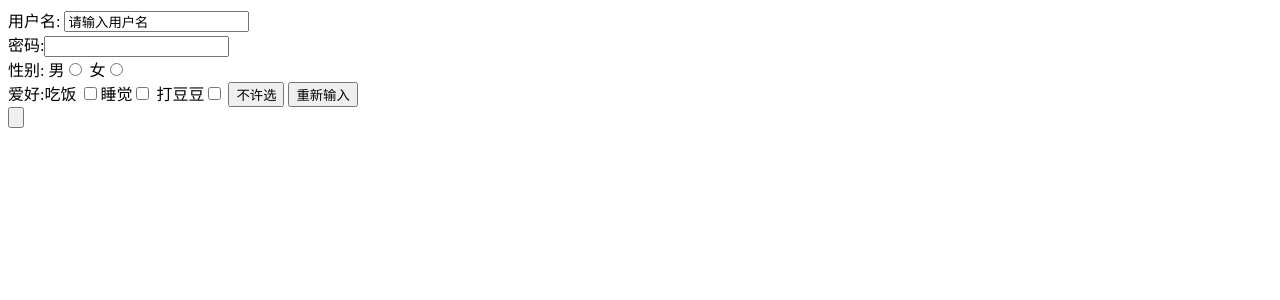
Repository: Qwenicq/My_project
Page: html/HTML_learning/4_list.html
An editor plug-in stored every save of this project. The page is shown before and after the next save, followed by the edit.
The browser window is 1280 px wide. The pictures show the whole page.

Above is the page before, as saved 2023-03-29 20:50:47.

### html/HTML_learning/4_list.html
<!DOCTYPE html>
<html lang="zh-CN">
<head>
    <meta charset="UTF-8">
    <meta http-equiv="X-UA-Compatible" content="IE=edge">
    <meta name="viewport" content="width=device-width, initial-scale=1.0">
    <title>Document</title>
</head>
<body>
    <form action="demo.php" method="post" name="name1">
        用户名: <input type="text" name="username" value="请输入用户名"><br>
        <!-- 我是文本框 -->
        密码:<input type="password" name="passward"><br>
        <!-- 我是密码框,用户看不到内容 -->
        <!-- 单选按钮需要有相同的名字才能使得多选一 -->
        性别: 男<input type="radio" name="sex" value="男"> 女<input type="radio" name="sex" value="女"><br>
        <!-- 我是单选按钮 -->
        爱好:吃饭 <input type="checkbox" name="hobby" value="吃饭">睡觉<input type="checkbox" name="hobby" value="睡觉"> 打豆豆<input type="checkbox" value="打豆豆">
        <!-- 我是复选框 -->
<!-- 单选按钮和复选框可以设置checked属性,当打开当前页面时就会勾选 -->
      <input type="submit" value="不许选">
      <input type="reset" value="重新输入"><br />
      <input type="button" >
    </form>
</body>
</html>

After the next save:
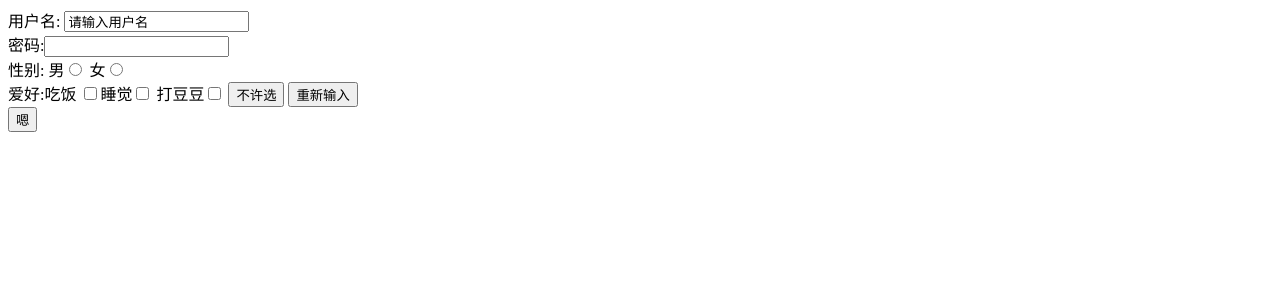
Saved 14 s later.
--- a/html/HTML_learning/4_list.html
+++ b/html/HTML_learning/4_list.html
@@ -20,7 +20,7 @@
 <!-- 单选按钮和复选框可以设置checked属性,当打开当前页面时就会勾选 -->
       <input type="submit" value="不许选">
       <input type="reset" value="重新输入"><br />
-      <input type="button" >
+      <input type="button" value="嗯">
     </form>
 </body>
 </html>
